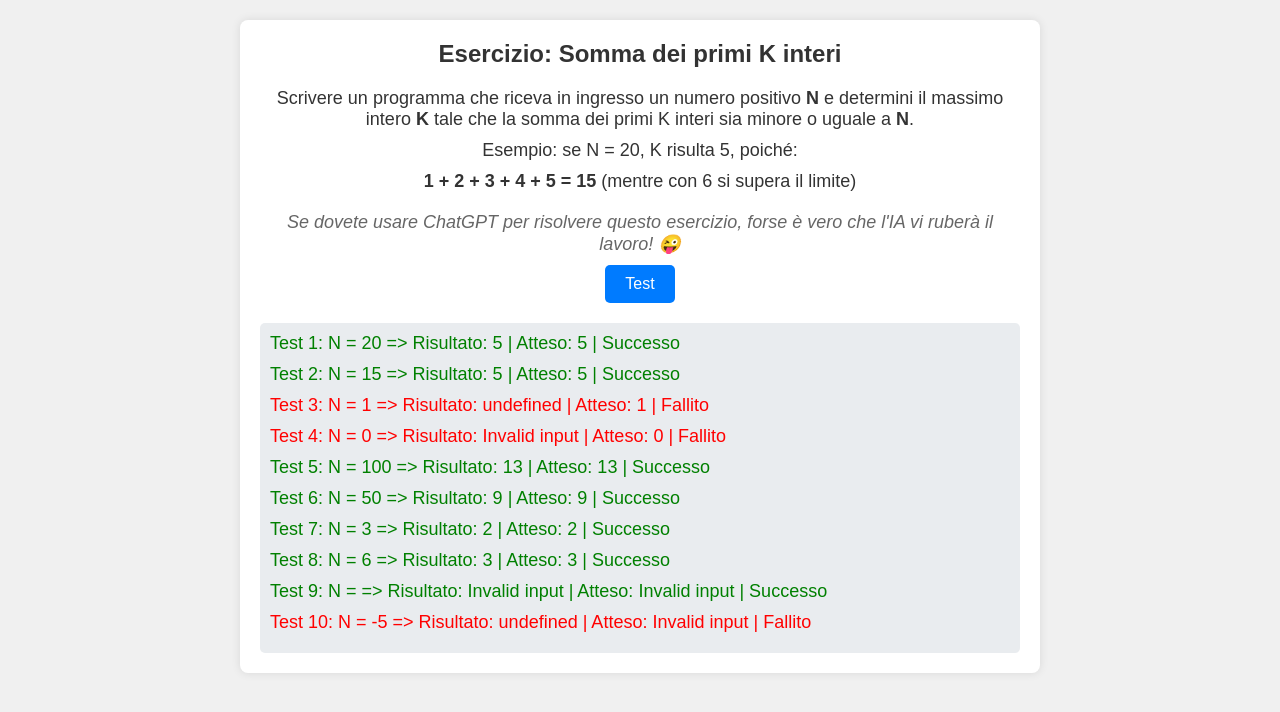
Repository: JoseManuel-Feliz/merenda1
Page: index.html
An editor plug-in stored every save of this project. The page is shown before and after the next save, followed by the edit.
The browser window is 1280 px wide. The pictures show the whole page.
After loading, the first visible `#run-tests` was clicked once.

Above is the page before, as saved 2024-10-01 17:03:08.

After the next save:
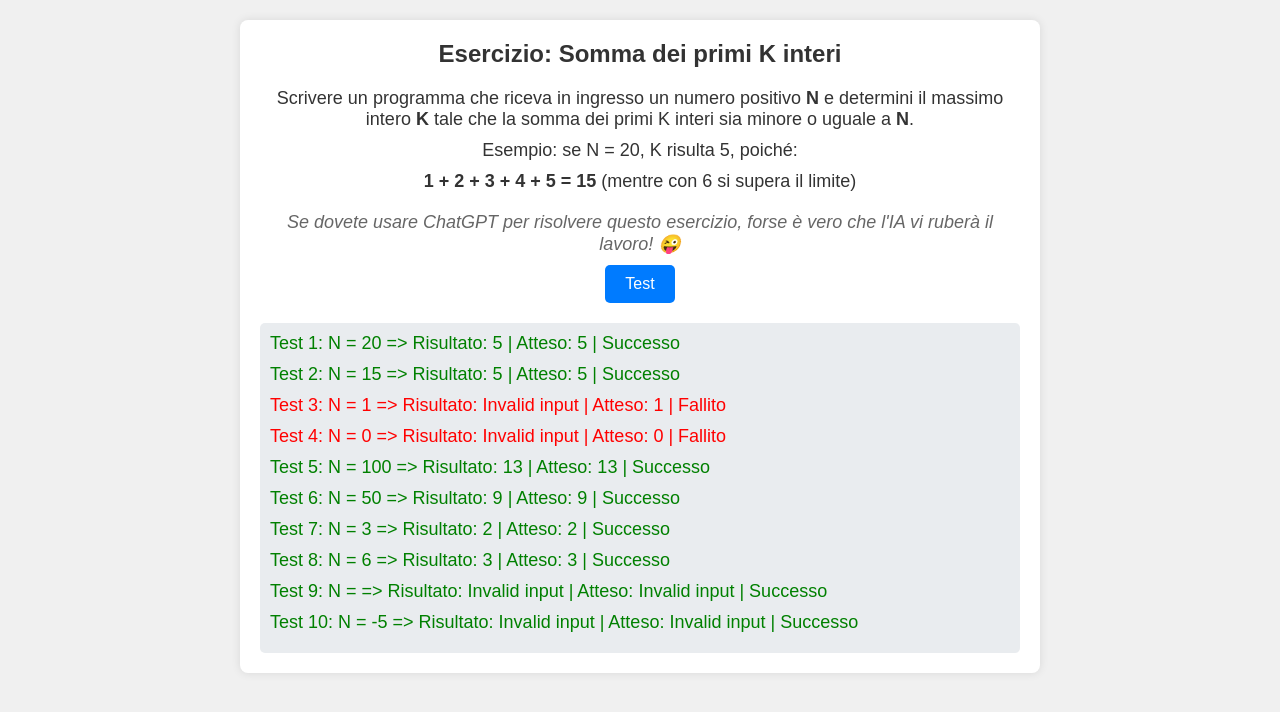
Saved 31 s later.
--- a/merenda.js
+++ b/merenda.js
@@ -2,7 +2,7 @@ function sommaInteri(N) {
     let somma = 0;
     let count = 0;
 
-    if (N == 0 || !N || isNaN(N)) {
+    if (N <= 1 || !N || isNaN(N)) {
         return 'Invalid input';
     }
     for (let i = 1; i <= N; i++) {
